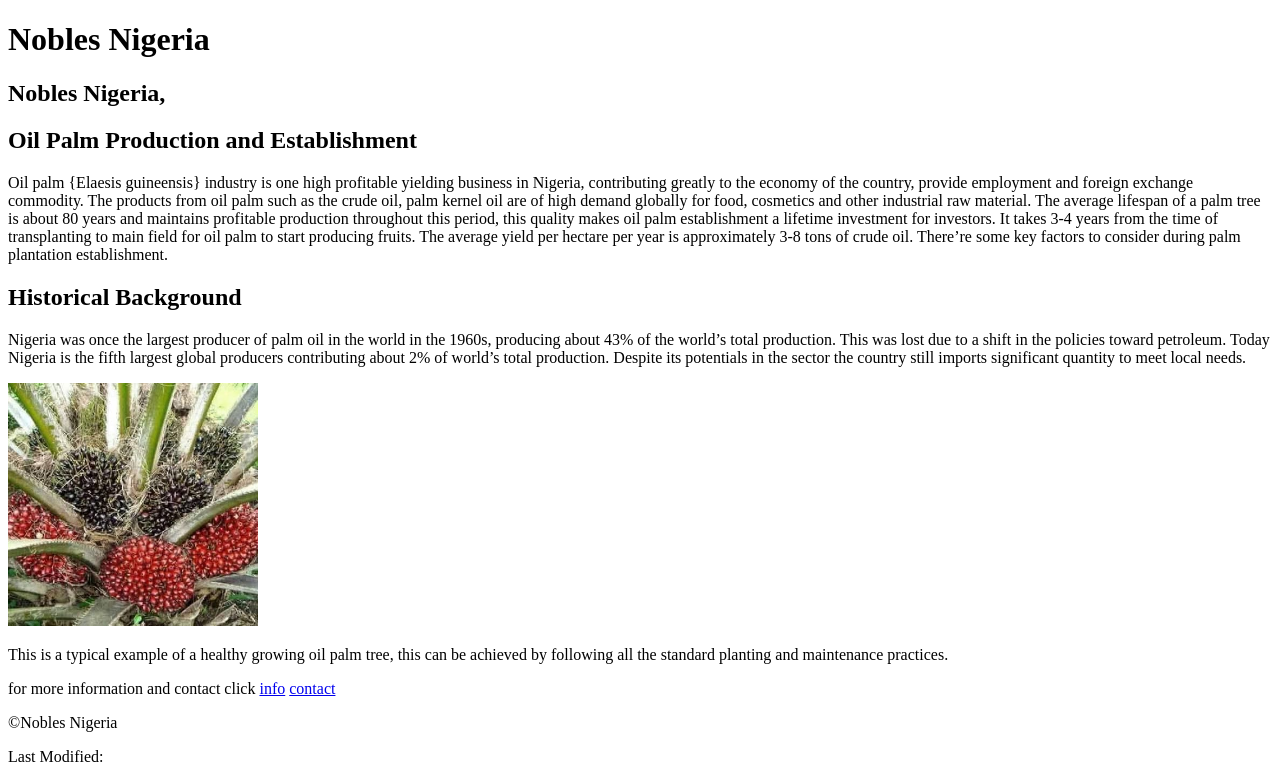
Repository: NoblesNigeria/wdd131
Page: wdd131-project/course-project.html
An editor plug-in stored every save of this project. The page is shown before and after the next save, followed by the edit.
The browser window is 1280 px wide. The pictures show the whole page.

Above is the page before, as saved 2025-12-03 13:52:12.

After the next save:
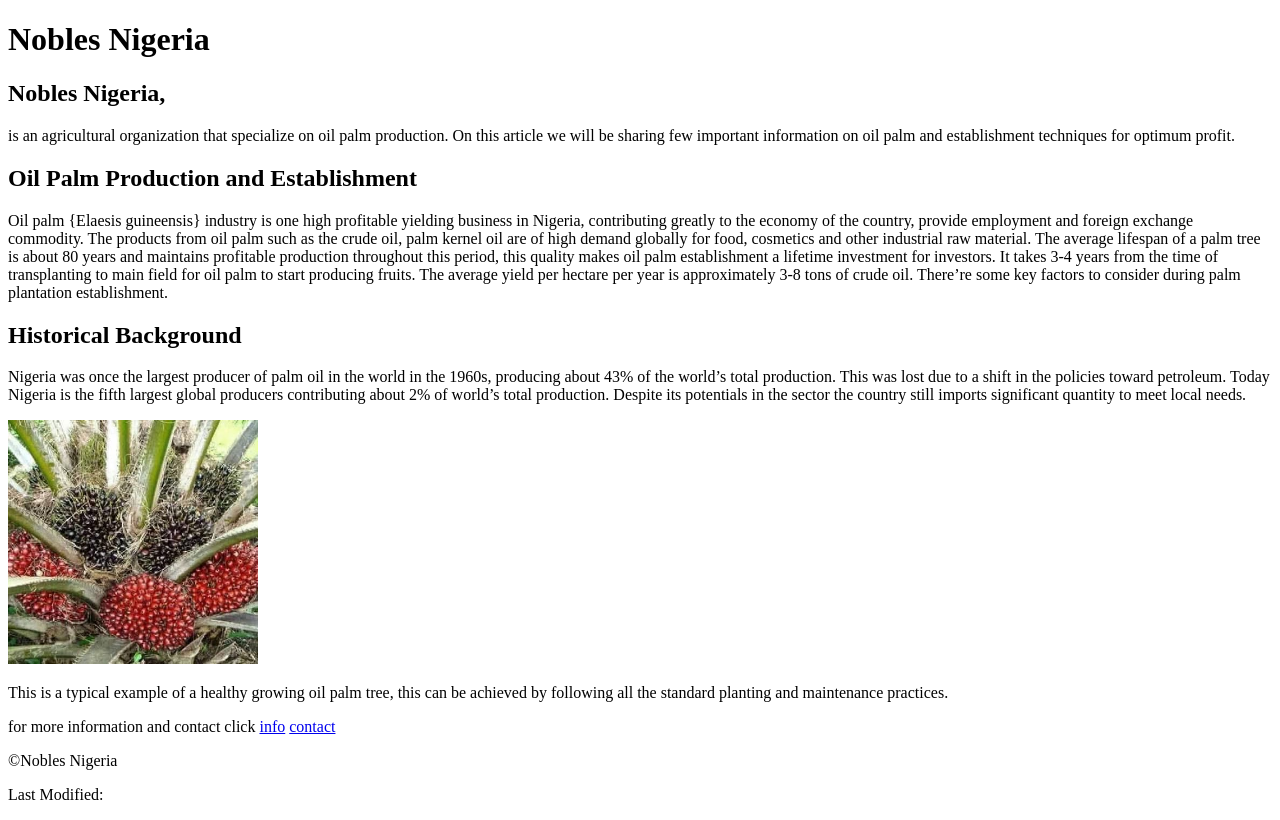
Saved 21 s later.
--- a/wdd131-project/course-project.html
+++ b/wdd131-project/course-project.html
@@ -15,7 +15,7 @@
         <h1>Nobles Nigeria</h1>
     </header>
     <main>
-        <p><h2>Nobles Nigeria,</h2is an agricultural organization that specialize on oil palm production. On this article we will be sharing few important information on oil palm and establishment techniques for optimum profit. </p>
+        <p><h2>Nobles Nigeria,</h2>is an agricultural organization that specialize on oil palm production. On this article we will be sharing few important information on oil palm and establishment techniques for optimum profit. </p>
         <h2>Oil Palm Production and Establishment</h2>
         <p>Oil palm {Elaesis guineensis} industry is one high profitable yielding
 business in Nigeria, contributing greatly to the economy of the
